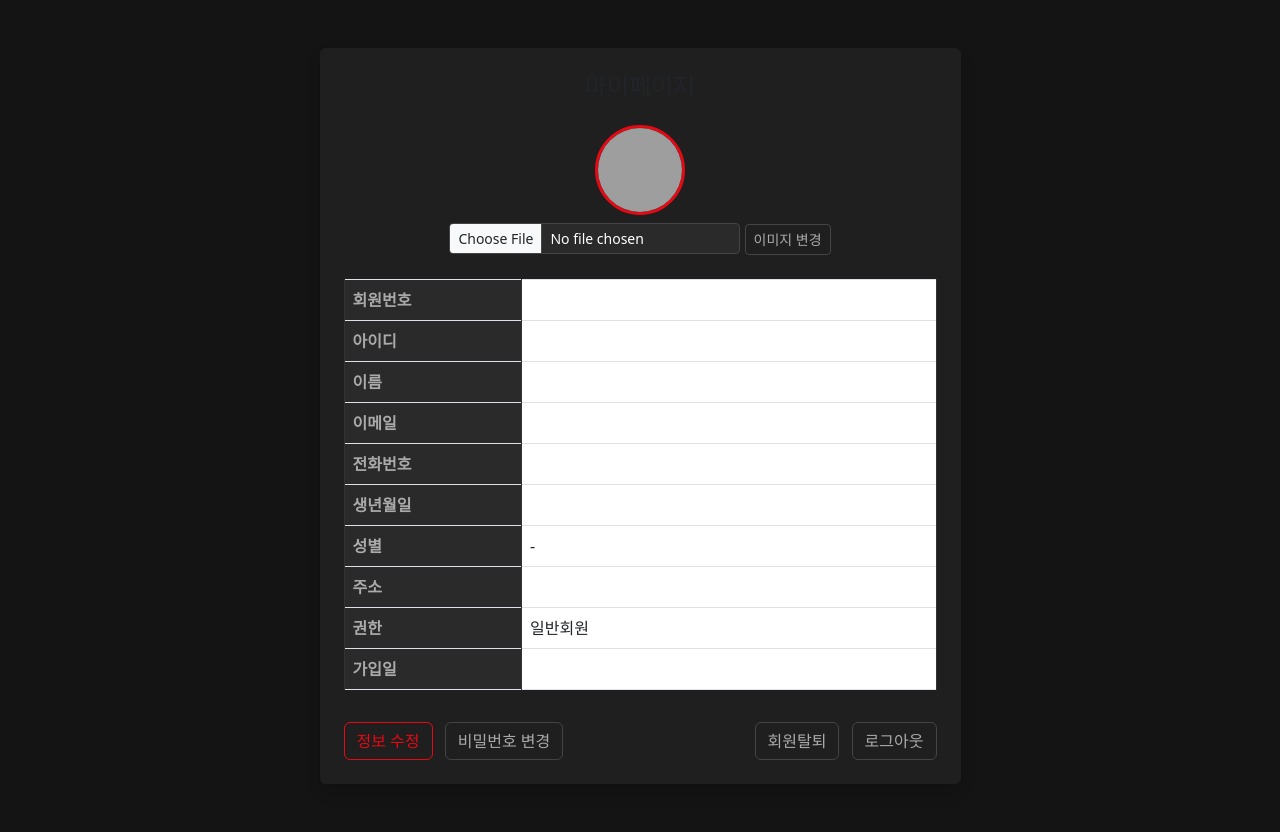
Repository: Se-Jong-Park/InsideReview
Page: http://localhost/moviejoin/WEB-INF/views/user/mypage.jsp
These files come from the project's save history. The page is drawn as it stood at one moment and after the next save; the edit follows.
The browser window is 1280 px wide. The pictures show the whole page.
Pictures or frames that could not be fetched are drawn as grey boxes. The page is served by Tomcat 9. Nobody is signed in. Other server files are loaded and not shown. The template is opened directly, without the code that normally fills it, so the values that code supplies are empty.

Above is the page before, as saved 2026-03-19 07:04:41.

### moviejoin/src/main/webapp/WEB-INF/views/user/mypage.jsp
<%@ page language="java" contentType="text/html; charset=UTF-8" pageEncoding="UTF-8"%>
<%@ taglib prefix="c"   uri="http://java.sun.com/jsp/jstl/core" %>
<%@ taglib prefix="fmt" uri="http://java.sun.com/jsp/jstl/fmt" %>
<!DOCTYPE html>
<html>
<head>
    <meta charset="UTF-8">
    <title>마이페이지</title>
    <link rel="stylesheet" href="https://cdn.jsdelivr.net/npm/bootstrap@5.3.0/dist/css/bootstrap.min.css">
    <style>
        body { background-color: #141414; color: white; }
        .card { background-color: #1f1f1f; border: none; }
        .table { color: white; }
        .table th { background-color: #2a2a2a; color: #aaa; border-color: #333; }
        .table td { border-color: #333; }
        .btn-netflix {
            background-color: #E50914;
            color: white;
            border: none;
        }
        .btn-netflix:hover { background-color: #b20710; color: white; }
        .btn-outline-netflix {
            background-color: transparent;
            border: 1px solid #E50914;
            color: #E50914;
        }
        .btn-outline-netflix:hover { background-color: #E50914; color: white; }
        .btn-outline-gray {
            background-color: transparent;
            border: 1px solid #444;
            color: #aaa;
        }
        .btn-outline-gray:hover { background-color: #2a2a2a; color: white; }
        .profile-img {
            width: 90px; height: 90px;
            border-radius: 50%;
            border: 3px solid #E50914;
            object-fit: cover;
        }
        .form-control {
            background-color: #2a2a2a;
            border: 1px solid #444;
            color: white;
        }
        a { color: #E50914; text-decoration: none; }
    </style>
</head>
<body>

<div class="container py-5">
    <div class="row justify-content-center">
        <div class="col-md-7">
            <div class="card shadow p-4">
                <h4 class="text-center mb-4">마이페이지</h4>

                <!-- 임시비번 경고 -->
                <c:if test="${userInfo.utempyn == 'Y'}">
                    <div class="alert alert-warning">
                        임시 비밀번호를 사용 중입니다. 반드시 비밀번호를 변경해주세요.
                    </div>
                </c:if>

                <c:if test="${not empty msg}">
                    <div class="alert alert-success">${msg}</div>
                </c:if>

                <!-- 프로필 이미지 -->
                <div class="text-center mb-4">
                    <img src="${pageContext.request.contextPath}/upload/profile/${userInfo.uprofile}"
     					alt="프로필 이미지"
   					  	class="profile-img"
     					onerror="this.onerror=null; this.src='${pageContext.request.contextPath}/resources/img/default.png'">

                    <div class="mt-2">
                        <form action="/user/uploadProfile" method="post" enctype="multipart/form-data" class="d-inline">
                            <input type="file" name="profileFile" accept="image/*" class="form-control form-control-sm d-inline w-auto">
                            <button type="submit" class="btn btn-sm btn-outline-gray">이미지 변경</button>
                        </form>
                    </div>
                </div>

                <!-- 회원 정보 -->
                <table class="table table-bordered">
                    <tr><th width="30%">회원번호</th><td>${userInfo.uno}</td></tr>
                    <tr><th>아이디</th><td>${userInfo.uid}</td></tr>
                    <tr><th>이름</th><td>${userInfo.uname}</td></tr>
                    <tr><th>이메일</th><td>${userInfo.umail}</td></tr>
                    <tr><th>전화번호</th><td>${userInfo.uphone}</td></tr>
                    <tr><th>생년월일</th>
                        <td><fmt:formatDate value="${userInfo.ubirth}" pattern="yyyy-MM-dd"/></td></tr>
                    <tr><th>성별</th>
    					<td>${userInfo.ugender.toString() == 'M' ? '남성' : userInfo.ugender.toString() == 'F' ? '여성' : '-'}</td></tr>
                    <tr><th>주소</th><td>${userInfo.uaddr}</td></tr>
                    <tr><th>권한</th>
                        <td>${userInfo.urole == 'A' ? '관리자' : '일반회원'}</td></tr>
                    <tr><th>가입일</th>
                        <td><fmt:formatDate value="${userInfo.uinsertdate}" pattern="yyyy-MM-dd"/></td></tr>
                </table>

                <!-- 버튼 -->
                <div class="d-flex justify-content-between mt-3">
                    <div>
                        <a href="/user/modifyForm" class="btn btn-outline-netflix me-2">정보 수정</a>
                        <a href="/user/changePwForm" class="btn btn-outline-gray">비밀번호 변경</a>
                    </div>
                    <div>
                        <a href="/user/withdrawForm" class="btn btn-outline-gray me-2">회원탈퇴</a>
                        <a href="/user/logout" class="btn btn-outline-gray">로그아웃</a>
                    </div>
                </div>

            </div>
        </div>
    </div>
</div>

</body>
</html>

After the next save:
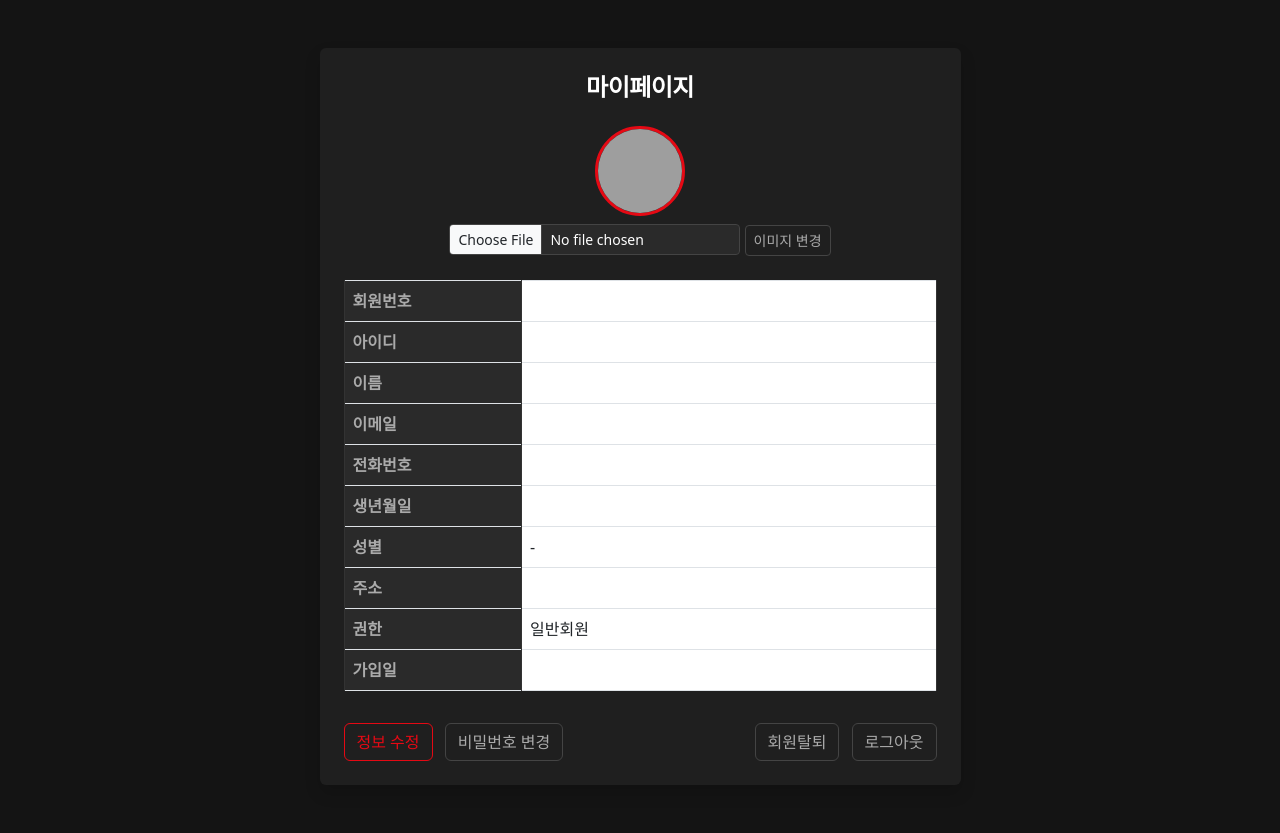
Saved 35 s later.
--- a/moviejoin/src/main/webapp/WEB-INF/views/user/mypage.jsp
+++ b/moviejoin/src/main/webapp/WEB-INF/views/user/mypage.jsp
@@ -43,6 +43,13 @@
             color: white;
         }
         a { color: #E50914; text-decoration: none; }
+        h4.text-center{
+ 		color: #ffffff !important;
+ 		font-weight: 700;
+ 		margin-top: 1px;
+ 		margin-bottom: 30px;
+ 		letter-spacing: -0.5px;
+ 	}
     </style>
 </head>
 <body>
